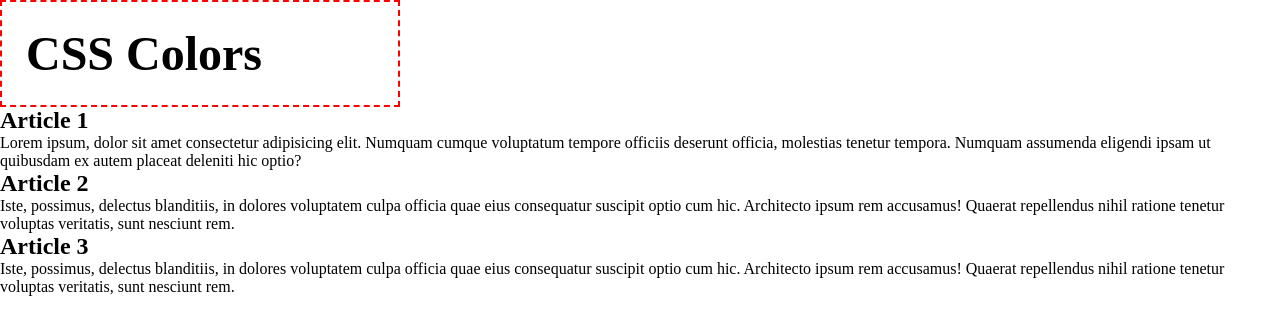
Repository: madhurik9999/Css
Page: index.html
An editor plug-in stored every save of this project. The page is shown before and after the next save, followed by the edit.
The browser window is 1280 px wide. The pictures show the whole page.

Above is the page before, as saved 2023-12-09 11:56:46.

### index.html
<!DOCTYPE html>
<html lang="en">

<head>
    <meta charset="UTF-8">
    <meta http-equiv="X-UA-Compatible" content="IE=edge">
    <meta name="viewport" content="width=device-width, initial-scale=1.0">
    <title>Document</title>
    <link rel="stylesheet" href="styles/style.css">
</head>

<body>
    <header>
        <h1>CSS Colors</h1>
    </header>
    <main>
        <article>
            <h2>Article 1</h2>
            <p class="gray">Lorem ipsum, dolor sit amet consectetur adipisicing elit. Numquam cumque voluptatum tempore
                officiis
                deserunt
                officia, molestias tenetur tempora. Numquam assumenda eligendi ipsam ut quibusdam ex autem placeat
                deleniti
                hic optio?</p>
        </article>
        <article>
            <h2>Article 2</h2>
            <p class="two">Iste, possimus, delectus blanditiis, in dolores voluptatem culpa officia quae
                eius
                consequatur
                suscipit optio
                cum hic. Architecto ipsum rem accusamus! Quaerat repellendus <span class="highlight">nihil</span>
                ratione tenetur voluptas
                veritatis,
                sunt
                nesciunt rem.</p>
        </article>
        <article>
            <h2>Article 3</h2>
            <p class="three">Iste, possimus, delectus blanditiis, in dolores voluptatem culpa officia quae eius
                consequatur
                suscipit optio
                cum hic. Architecto <span class="highlight">ipsum</span> rem accusamus! Quaerat repellendus nihil
                ratione tenetur voluptas
                veritatis,
                sunt
                nesciunt rem.</p>
        </article>
    </main>
</body>

</html>

### styles/style.css
/* Selectors */
/* html {
    font-size: 22px;
}

body {
    font-size: 22px;
}

main {
    font-family: monospace;
}

button,
input,
textarea,
select {
    font: inherit;
}

p {
    color: purple;
}

.highlight {
    text-transform: uppercase;
    background-color: gold;
}

.gray {
    color: grey;
}

#second {
    font-style: italic;
} */

/* Colors */
/* body {
    font-size: 22px;
    font-family: Arial, Helvetica, sans-serif;
    line-height: 1.5;
    background: papayawhip;
    color: rgb(255, 0, 0);
}

p {
    color: #ff00ffd2;
} */

/* Css Units & Sizes */
/* * {
    margin: 0;
    padding: 0;
    box-sizing: border-box;
}

body {
    width: 100%;
    height: 100vh;
}

h1 {
    border: 2px dashed red;
    width: 50%;
    font-size: 3rem;
    padding: 0.5em;
}

main {
    font-size: 2rem;
}

p {
    font-size: 2rem;
} */

/* CSS BOX MODEL */
/* * {
    margin: 0;
    padding: 0;
    box-sizing: border-box;
}

h1 {
    border: 2px dashed red;
    width: 400px;
    font-size: 3rem;
    padding: 0.5em;
} */

/* /Box Modal */
* {
    margin: 0;
    padding: 0;
    box-sizing: border-box;
}

h1 {
    border: 2px dashed red;
    width: 400px;
    font-size: 3rem;
    padding: 0.5em;
}

After the next save:
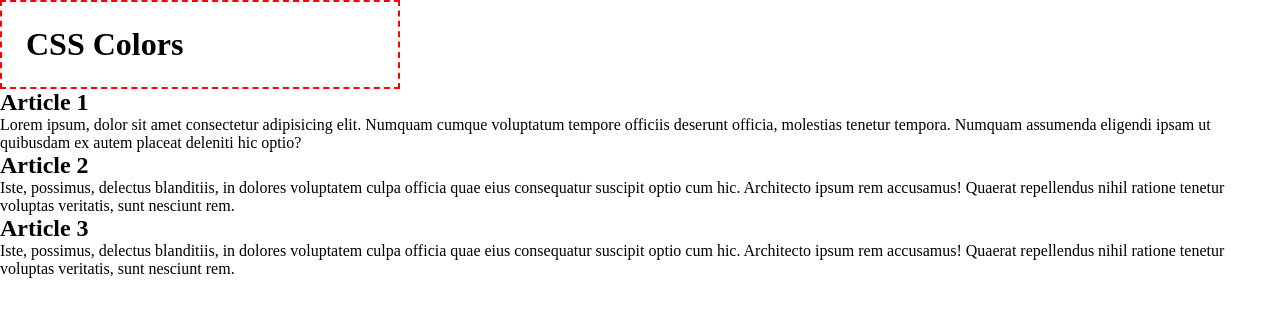
Saved 7 min 0 s later.
--- a/styles/style.css
+++ b/styles/style.css
@@ -96,9 +96,8 @@ h1 {
     box-sizing: border-box;
 }
 
-h1 {
+header {
     border: 2px dashed red;
     width: 400px;
-    font-size: 3rem;
-    padding: 0.5em;
+    padding: 1.5rem;
 }
